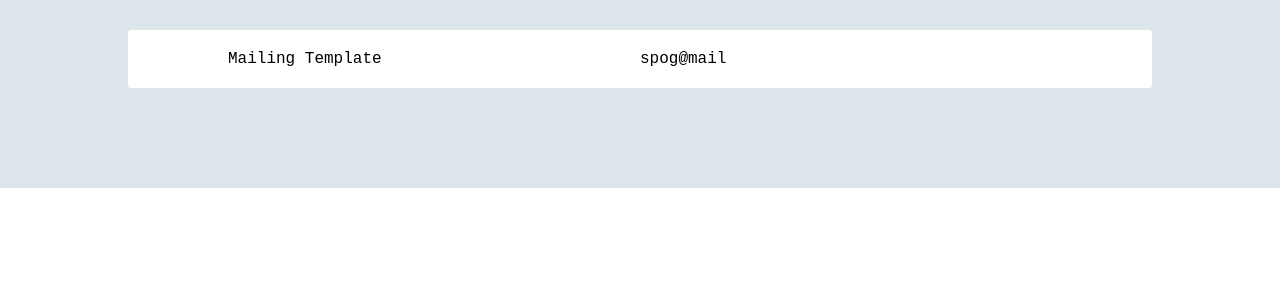
Repository: Lecon-Git/Appmail-Template
Page: mail.html
An editor plug-in stored every save of this project. The page is shown before and after the next save, followed by the edit.
The browser window is 1280 px wide. The pictures show the whole page.

Above is the page before, as saved 2021-11-01 21:31:12.

### mail.html
<!DOCTYPE html>
<html lang="en">

<head>
    <meta charset="UTF-8">
    <meta http-equiv="X-UA-Compatible" content="IE=edge">
    <meta name="viewport" content="width=device-width, initial-scale=1.0">
    <title>Service Confirmation</title>
    <link rel="stylesheet" href="css/mail.css">
</head>

<body>
    <div class="container">
        <div class="main">
            <div class="head_1">
                <span class="logo">Mailing Template</span>
                <span class="username">spog@mail</span>
            </div>
        </div>
    </div>
</body>

</html>

### css/mail.css
body {
    margin: 0;
    font-family: "Courier New", Courier, monospace;
}

.container {
    padding: 30px 0 100px;
    background-color: #dbe5ea;
}

.main {
    width: 80%;
    border-radius: 3px;
    background-color: #ffffff;
    margin: 0 auto;
    padding: 20px 0;
}

.head_1 {
    display: flex;
    flex-direction: row;
    padding: 0 100px;
}

.head_1 span {
    flex: 1;
}

.logo {}

.username {}

After the next save:
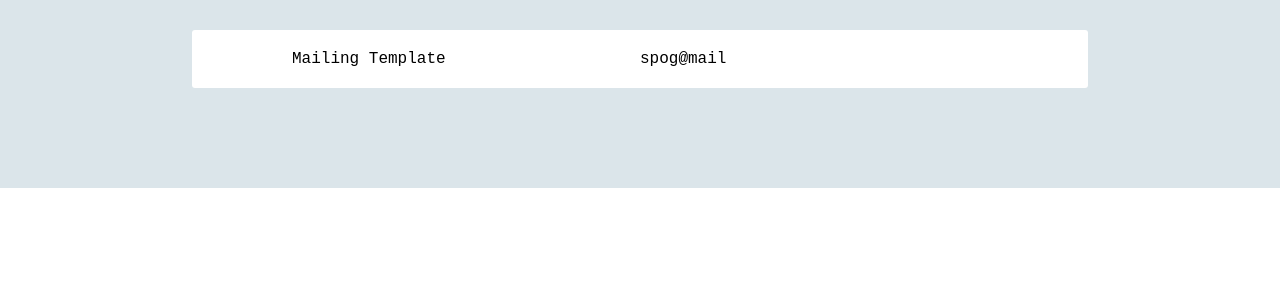
Saved 15 s later.
--- a/css/mail.css
+++ b/css/mail.css
@@ -9,7 +9,7 @@ body {
 }
 
 .main {
-    width: 80%;
+    width: 70%;
     border-radius: 3px;
     background-color: #ffffff;
     margin: 0 auto;
